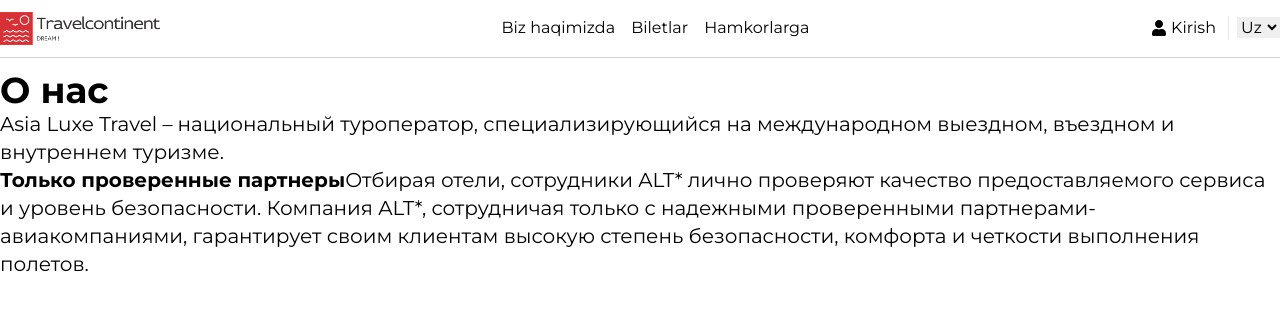
Repository: ziyodbek0300/avia-sales_
Page: /about-us
An editor plug-in stored every save of this project. The page is shown before and after the next save, followed by the edit.
The browser window is 1280 px wide. The pictures show the whole page.
The project was rebuilt for these pictures with package versions that can differ from the ones it lists, and the page was loaded fresh each time. Also part of the build but not shown: src/containers/home/Home.jsx.

Above is the page before, as saved 2022-06-04 00:31:38.

After the next save:
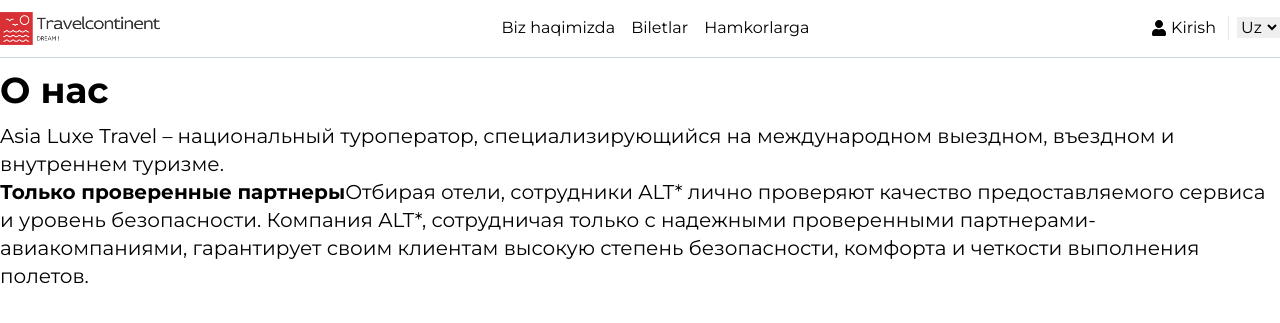
Saved 10 s later.
--- a/src/containers/about/About.jsx
+++ b/src/containers/about/About.jsx
@@ -4,7 +4,7 @@
     return (
         <div className='max-w-7xl mx-auto'>
             <div className='my-3'>
-                <p className='text-4xl font-bold'>О нас</p>
+                <p className='text-4xl font-bold mb-3'>О нас</p>
                 <p className='text-xl'>
                     Asia Luxe Travel – национальный туроператор, специализирующийся на международном выездном, въездном и внутреннем туризме.
                 </p>
